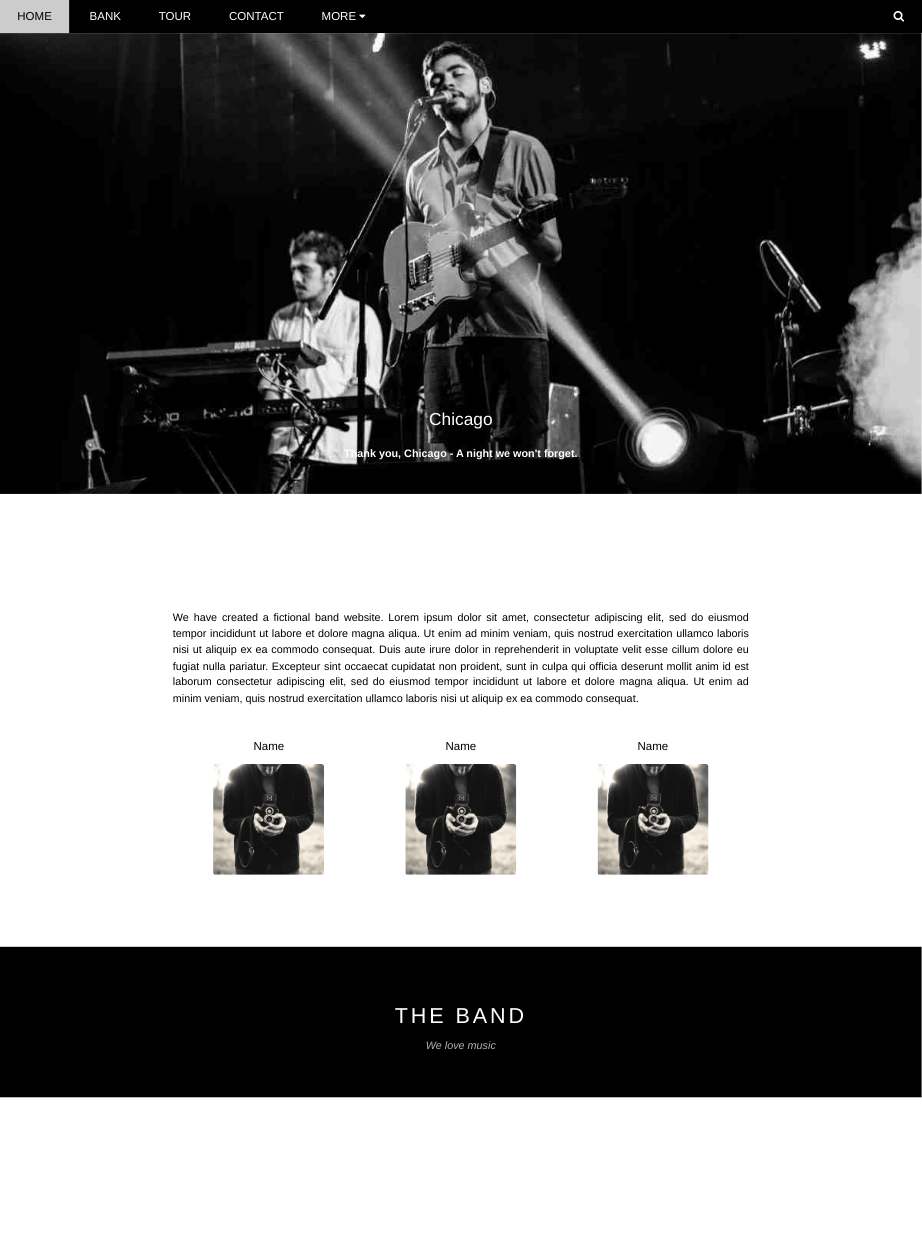
Repository: vuongtm1999/TheBand_W3School
Page: index.html
These files come from the project's save history. The page is drawn as it stood at one moment and after the next save; the edit follows.
The browser window is 1280 px wide. The pictures show the whole page, at 72% of full size.

Above is the page before, as saved 2022-08-26 14:53:16.

After the next save:
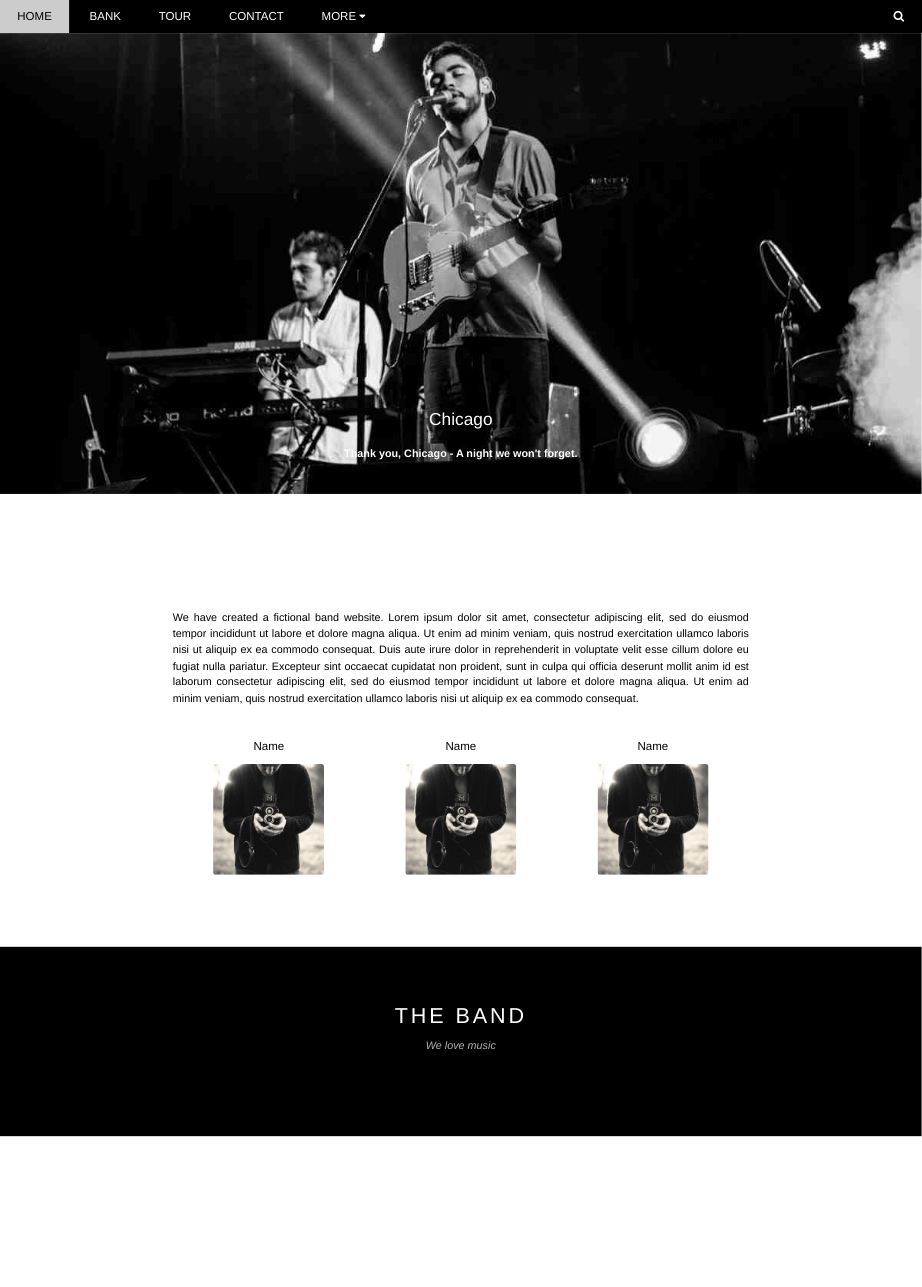
Saved 3 min 42 s later.
--- a/index.html
+++ b/index.html
@@ -81,6 +81,12 @@
                 <div class="content-section">
                     <h2 class="section-heading">THE BAND</h2>
                     <p class="section-sub-heading">We love music</p>
+
+                    <ul class="ticket-list">
+                        <li class="soldout">September </li>
+                        <li class="soldout">October</li>
+                        <li class="quantity"></li>
+                    </ul>
                 </div>
             </div>
 
